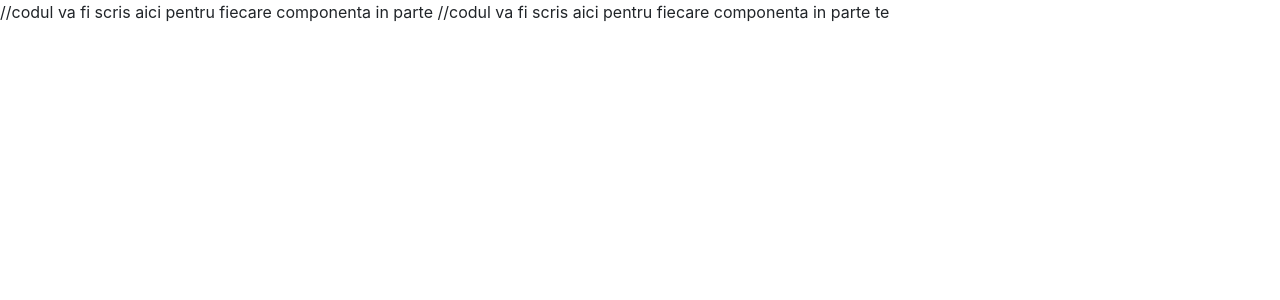
Repository: nicolasolo/bitesizecoding.space
Page: index.html
These files come from the project's save history. The page is drawn as it stood at one moment and after a run of saves; the edit follows.
The browser window is 1280 px wide. The pictures show the whole page.

Above is the page before, as saved 2020-04-09 17:22:28.

### index.html
<!DOCTYPE html>
<html lang="en">
<head>
    <meta charset="UTF-8">
    <meta name="viewport" content="width=device-width, initial-scale=1.0">
    <title>Trincu-Andrei</title>
    <link rel="stylesheet" href="https://stackpath.bootstrapcdn.com/bootstrap/4.4.1/css/bootstrap.min.css" integrity="sha384-Vkoo8x4CGsO3+Hhxv8T/Q5PaXtkKtu6ug5TOeNV6gBiFeWPGFN9MuhOf23Q9Ifjh" crossorigin="anonymous">

    <link rel="stylesheet" href="css/index.css">
</head>
<body>
<header>
<!-- Navbar-->
//codul va fi scris aici pentru fiecare componenta in parte

<!-- Jumbotron -->
//codul va fi scris aici pentru fiecare componenta in parte

<!-- Footer-->

te


<script src="https://code.jquery.com/jquery-3.4.1.slim.min.js" integrity="sha384-J6qa4849blE2+poT4WnyKhv5vZF5SrPo0iEjwBvKU7imGFAV0wwj1yYfoRSJoZ+n" crossorigin="anonymous"></script>
<script src="https://cdn.jsdelivr.net/npm/popper.js@1.16.0/dist/umd/popper.min.js" integrity="sha384-Q6E9RHvbIyZFJoft+2mJbHaEWldlvI9IOYy5n3zV9zzTtmI3UksdQRVvoxMfooAo" crossorigin="anonymous"></script>
<script src="https://stackpath.bootstrapcdn.com/bootstrap/4.4.1/js/bootstrap.min.js" integrity="sha384-wfSDF2E50Y2D1uUdj0O3uMBJnjuUD4Ih7YwaYd1iqfktj0Uod8GCExl3Og8ifwB6" crossorigin="anonymous"></script>
    <script src="./js/custom.js"></script>
</body>
</html>
<div></div>

Loaded but not shown: css/index.css (no stored copy; drawn as an empty file); js/custom.js (no stored copy; drawn as an empty file)

After the next 2 saves:
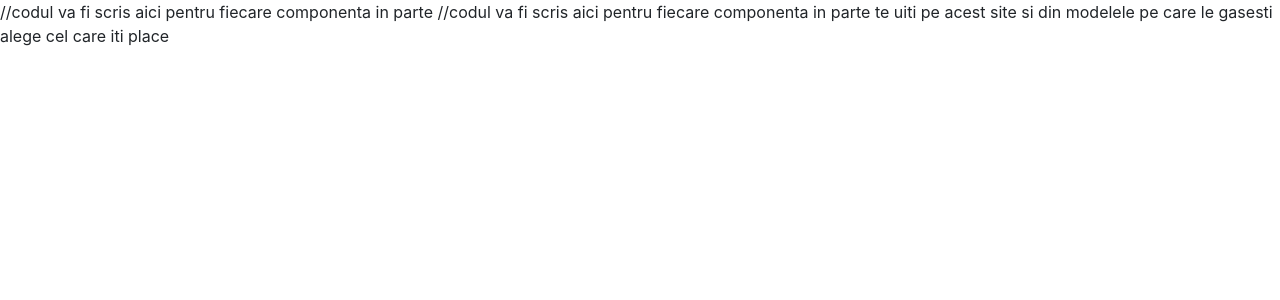
The 2 saves are shown as one change because they came seconds apart.
The last was saved 22 s later.
--- a/index.html
+++ b/index.html
@@ -18,7 +18,8 @@
 
 <!-- Footer-->
 
-te
+te uiti pe acest site si din modelele pe care le gasesti alege cel care iti place
+
 
 
 <script src="https://code.jquery.com/jquery-3.4.1.slim.min.js" integrity="sha384-J6qa4849blE2+poT4WnyKhv5vZF5SrPo0iEjwBvKU7imGFAV0wwj1yYfoRSJoZ+n" crossorigin="anonymous"></script>
